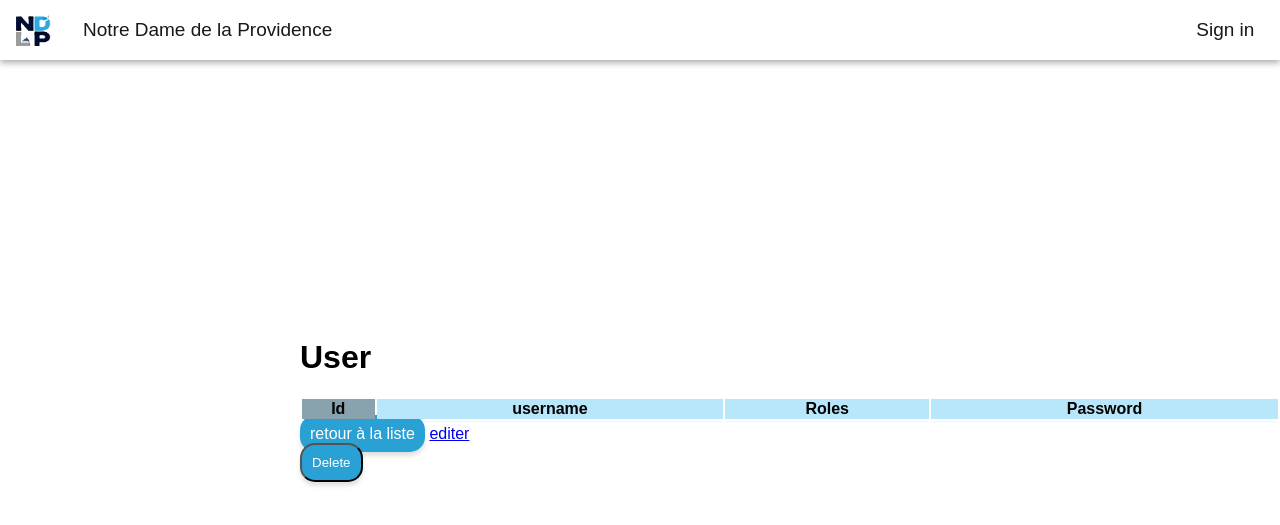
Repository: ndlaprovidence/self-feedback1
Page: templates/user/show.html.twig
These files come from the project's save history. The page is drawn as it stood at one moment and after the next save; the edit follows.
The browser window is 1280 px wide. The pictures show the whole page.
The page is a Twig template of a Symfony application; nobody is signed in and links lead nowhere. Other server files are loaded and not shown. The template is opened directly, without the code that normally fills it, so the values that code supplies are empty.

Above is the page before, as saved 2022-04-05 11:21:34.

### templates/user/show.html.twig
{% extends 'base-edit-user.html.twig' %}


{% block stylesheets %}
   <link rel="stylesheet" href="..css/style.css">
   <link rel="stylesheet" href="..css/dashboard.css">
   <link rel="stylesheet" href="..css/table.css">
{% endblock %}

{% block title %}User{% endblock %}
{% block body %}
    <h1>User</h1>

    <table style="border: solid #424242 0px !important; width: 100%;">
        <tbody>
            <tr class="table_title" id="table_title">
                <th class="table_id">Id</th>
                <th>username</th>
                <th>Roles</th>
                <th>Password</th>
            </tr>
            <tr>
                <th>{{ user.id }}</th>
                <th>{{ user.username }}</th>
                <th>{{ user.roles ? user.roles|json_encode : '' }}</th>
                <th>{{ user.password }}</th>
            </tr>
        </tbody>
    </table>

    <a href="{{ path('user_index') }}" class="back_tolist">retour à la liste</a>

    <a href="{{ path('user_edit', {'id': user.id}) }}" >editer</a>

    {{ include('user/_delete_form.html.twig') }}
{% endblock %}

### templates/base-edit-user.html.twig
<!doctype html>
<html lang="en">
  <head>
    <meta charset="utf-8">
    <meta name="viewport" content="width=device-width, initial-scale=1, shrink-to-fit=no">
    <meta name="description" content="">
    <meta name="author" content="">
    <title>
        {% block title %} Welcome!
        {% endblock %}

    </title>
    <a href="{{ path('app_logout') }}"><link rel="shortcut icon" href="images/cropped-cropped-NDLP-3-min-e1544695116495.png" type="image/x-icon"></a>
    <link rel="stylesheet" href="/css/style.css">
    <link rel="stylesheet" href="/css/dashboard.css">
    <link rel="stylesheet" href="/css/login.css">
    <!-- Bootstrap core CSS -->
    {# <link rel="stylesheet" href="/css/bootstrap.css" > #}
    {# <link rel="stylesheet" href="/css/starter-template.css" > #}

    <!-- Bootstrap core JS    # MIS EN COMMENTAIRE CAR BUGUE, A REGLER #
    <script src="js/bootstrap.js" > -->

  </head>

  <body>
        {% block javascripts %}{{ encore_entry_script_tags('app') }}{% endblock %}
        <nav class="topnav" id="myTopnav">
          <div id="left">
          <a href="/">
            <img class="topnav__link img" src="/images/cropped-cropped-NDLP-3-min-e1544695116495.png">
          </a>
            <span class="topnav__link">Notre Dame de la Providence</span>
          </div>
          {% if is_granted('ROLE_USER') %}
              <div class="nav-link disabled">
                <i class="fas fa-user"></i>
                {% if app.user %}
                  <strong>{{ app.user.username }}</strong>
                {% endif %}
              </div>
              <a class="topnav__link" id="right" href="{{ path('app_logout') }}">{{'Logout'|trans}}</a>
              {% else %}
              <a class="topnav__link" id="right" href="{{ path('app_login') }}">{{'Sign in'|trans}}</a>
              {% endif %}
        </nav>

    <main>
          {% block body %}{% endblock %}
    </main><!-- /.container -->
    {#
    <!-- Bootstrap core JavaScript
    ================================================== -->
    <!-- Placed at the end of the document so the pages load faster -->
    <script src="https://code.jquery.com/jquery-3.2.1.slim.min.js" integrity="sha384-KJ3o2DKtIkvYIK3UENzmM7KCkRr/rE9/Qpg6aAZGJwFDMVNA/GpGFF93hXpG5KkN" crossorigin="anonymous"></script>
    <script>window.jQuery || document.write('<script src="../../../../assets/js/vendor/jquery-slim.min.js"><\/script>')</script>
    <script src="../../../../assets/js/vendor/popper.min.js"></script>
    <script src="../../../../dist/js/bootstrap.min.js"></script> #}
  </body>
</html>

### templates/user/_delete_form.html.twig
<form method="post" action="{{ path('user_delete', {'id': user.id}) }}" onsubmit="return confirm('Are you sure you want to delete this item?');">
    <input type="hidden" name="_token" value="{{ csrf_token('delete' ~ user.id) }}">
    <button class="back_tolist">Delete</button>
</form>

### public/css/style.css
:root {
  --W-color: white;
  --bg-color: white;
  --btn-color: white;
  --blue-ndlp: #2aa1d4;
  --blue-ndlp-hover: #2aa1d4c7;
}

html{
    width: 100%;
    height: 100%;
}


body{
    display: grid;
    margin: 0;
    width: 100%;
    height: 100vh;
    font-family: Arial, Helvetica, sans-serif;
}

main {
  margin-top: 5rem;
}

#btn5 {
  background: linear-gradient(180deg, var(--blue-ndlp) 0%, rgba(42, 158, 207, 0.992) 0.01%, rgba(43, 158, 207, 0.65) 99.97%, rgba(41, 157, 207, 0.67) 99.98%, rgba(45, 170, 225, 0.89) 100%);
  box-shadow: 0px 4px 4px rgba(0, 0, 0, 0.12);
  border-radius: 30px;
  border: none;
}
/***********************************************/
.topnav {
  overflow: hidden;
  background-color: var(--bg-color);
  box-shadow: 0 3px 6px 0 rgb(175, 175, 175);
  user-select: none;
  z-index: 2;
  display: flex;
  align-items: center;
  justify-content: space-between;
  position: fixed;
  width: 100%;
}

.topnav .topnav__link {
  float: left;
  color: #181818;
  padding: 14px 16px;
  text-decoration: none;
  font-size: 19px;
  transition: 0.2s;
}

#left {
  display: flex;
  align-items: center;
}

#right {
  float: right;
  /* margin-left: 75%; */
  padding-right: 2%;
}

.img {
  width: 35px;
  height: 32px;
  left: 11px;
  top: 7px;
}

.topnav .topnav__link:hover {
  color: #060c18;
  transition: 0.2s;
}
  /*****/
.foo-container {
  display: flex;
  position: absolute;
  justify-content: center;
  align-items: center;
  bottom: 0;
  width: 100%;
  /* height: 164px; */
  color: var(--W-color);
  background: #424242;
}

.bloc {
  display: flex;
  justify-content: space-around;
  margin: 10px;
  width: 50%;
}

/***********************************************/

.error{
  display: flex;
  position: absolute;
  justify-content: center;
  align-items: center;
  width: 100%;
  height: 50px;
  background-color: red;
  animation: kboom infinite 1s;
  color: var(--W-color);
}

@keyframes kboom {
  0%{
    background-color: red;
  }
  100%{
    background-color: blue;
  }
}

.bg-image {
  display: flex;
  justify-content: center;
  align-items: center;
  position: relative;
  overflow: hidden;
  background-repeat: no-repeat;
  background-size: cover;
  background-position: 50%;
}

@media (max-width: 750px) {
  .foo-container {
    color: #b6b6fb;
    position: relative;
  }
  .topnav {
    max-width: 100%;
  }

}

### public/css/dashboard.css
    .leftNav {
        display: flex;
        flex-direction: column;
        align-items: flex-start;
        justify-content: center;
        width: 300px;
        height: 100%;
        margin: 65px 0 0 0;
        background-color: var(--bg-color);
        box-shadow: 3px 6px 6px 0px rgb(175, 175, 175);
        user-select: none;
        position: fixed;
        top: 0;
        bottom: 0;
        left: 0;
    }
    /* .leftNav{
    position: fixed;
    top: 0;
    bottom: 0;
    left: 0;
    z-index: 100;
    padding: 48px 0 0;
    box-shadow: inset -1px 0 0 rgb(0 0 0 / 10%);
} */

    .leftNav .topnav__link {
        float: left;
        color: #181818;
        text-align: center;
        padding: 14px 16px;
        text-decoration: none;
        font-size: 19px;
        transition: 0.2s;
    }

    .leftnav__separateBar {
        border: solid 0.5px black;
        background-color: black;
        width: 80%;
        margin: 20px;
        margin-left: auto;
        margin-right: auto;
    }

    main {
        margin-left: 300px;
    }

    .topnav {
        z-index: 1000;
    }

    .bloc_dashboard {
        display: flex;
        padding: 10px;
        flex-wrap: wrap;
        flex-direction: column;
        }

    table {
        border: solid #424242 1px;
        width: 100%;
    }

    tr {
        background-color: #2dabe10c;
    }

    tr:hover {
        background-color: #2dabe136;
    }

    tr:active {
        background-color: #2dabe150;
    }

    .table_title {
        background-color: #b8e6fa;
        position: sticky;
        top: 63px;
    }

    .table_star {
        width: 20px;
        padding: 10px;
    }

    .table_id {
        background-color: #42424269;
    }

    .btn_container {
        display: flex;
        justify-content: space-between;
        padding: 10px;
    }

    .btn_container a {
        display: flex;
        align-items: center;
        color: white;
        text-decoration: none;
    }

    #btn5 {
        color: var(--btn-color);
        width: 300px;
        height: 40px;
    }
    .bottom__param {
        display: none;
    }

    .chart_container {
        max-width: 100%;
    }

    @media (max-width: 750px) {
        .leftNav {
            visibility: hidden;
        }
        main {
            margin-left: 0;
            max-width: 100%;
        }
        .bloc_dashboard{
            align-items: center;
        }
        .btn_container {
            max-width: 90%;
            padding-bottom: 10px;
            align-items: center;
            flex-direction: column;
        }
        .bottom__param {
            bottom: 0;
            display: flex;
            justify-content: space-evenly;
            background-color: var(--bg-color);
            box-shadow: 0 3px 12px 2px rgb(175, 175, 175);
            user-select: none;
            position: fixed;
            width: 100%;
            height: 30px;
        }
        .bottom__link {
            padding: 3px;
        }
    }

### public/css/login.css
.login_form {
    border-radius: 2px 2px 5px 5px;
    padding: 10px 20px 20px 20px;
    width: 90%;
    max-width: 320px;
    background: var(--W-color);
    position: relative;
    padding-bottom: 120px;
    box-shadow: 0px 4px 63px rgba(0, 0, 0, 0.4);
    margin: auto;
    margin-top: 10%;
    border-radius: 13px;
    }
    .login_inputs {
    display: block;
    padding: 15px 10px;
    margin-top: 10px;
    margin-bottom: 20px;
    width: 90%;
    border: 1px solid #ddd;
    color: rgb(112, 112, 112);
    background: var(--W-color);
    box-shadow: inset 2px 4px 16px -3px rgba(0, 0, 0, 0.25);
    border-radius: 8px;

    }

    .login_title {
    color: rgb(0, 0, 0);
    font-size: 1.2em;
    font-weight: bold;
    margin: 10px 0 30px 0;
    padding-bottom: 20px;
    align-items: center;
    text-align: center;
    letter-spacing: 0.04em;
    text-transform: capitalize;
    line-height: 15px;
    }
    .login_cancel {
        max-width: 30px;
    }

    .login_label {
        padding-bottom: 10px;
    }

    #btn5 {
    width: 80%;
    height: 100%;
    padding: 10px 10px;
    color: var(--btn-color);
    display: block;
    margin: 10%;
    margin-top: 20px;
    position: absolute;
    left: 0;
    bottom: 0;
    max-height: 60px;
    cursor: pointer;
    }

    .back_tolist {
        text-decoration: none;
        color: var(--W-color);
        padding: 10px;
        background-color: var(--blue-ndlp);
        border-radius: 15px;
        box-shadow: 0px 4px 4px rgba(0, 0, 0, 0.12);
    }

    .back_tolist:active {
        color: var(--w-color);
    }

Loaded but not shown: webpack.config.js (common file)

After the next save:
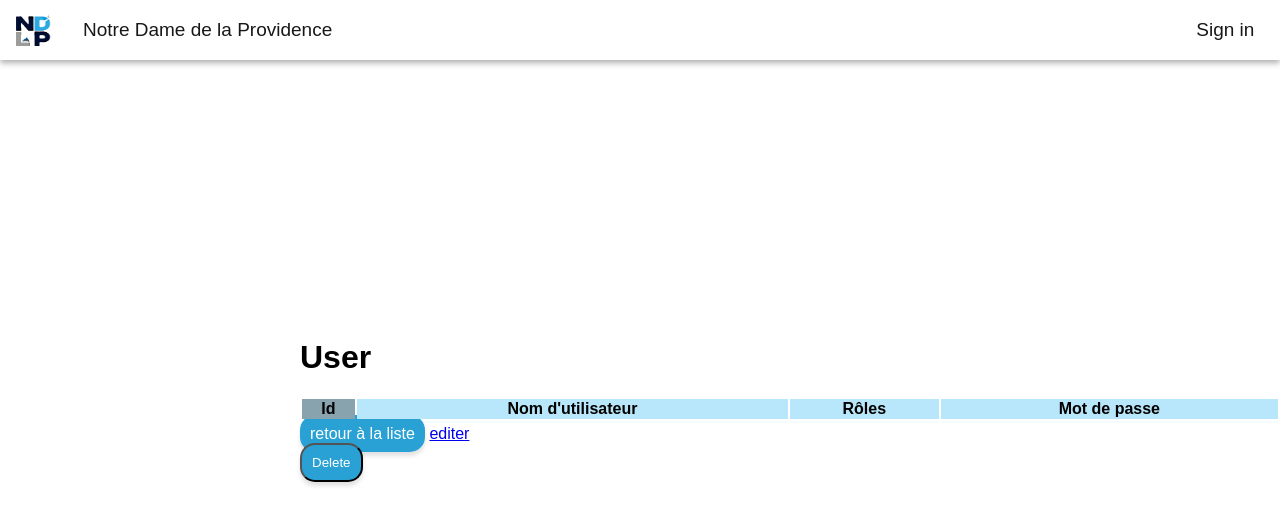
Saved 29 s later.
--- a/templates/user/show.html.twig
+++ b/templates/user/show.html.twig
@@ -15,9 +15,9 @@
         <tbody>
             <tr class="table_title" id="table_title">
                 <th class="table_id">Id</th>
-                <th>username</th>
-                <th>Roles</th>
-                <th>Password</th>
+                <th>Nom d'utilisateur</th>
+                <th>Rôles</th>
+                <th>Mot de passe</th>
             </tr>
             <tr>
                 <th>{{ user.id }}</th>
